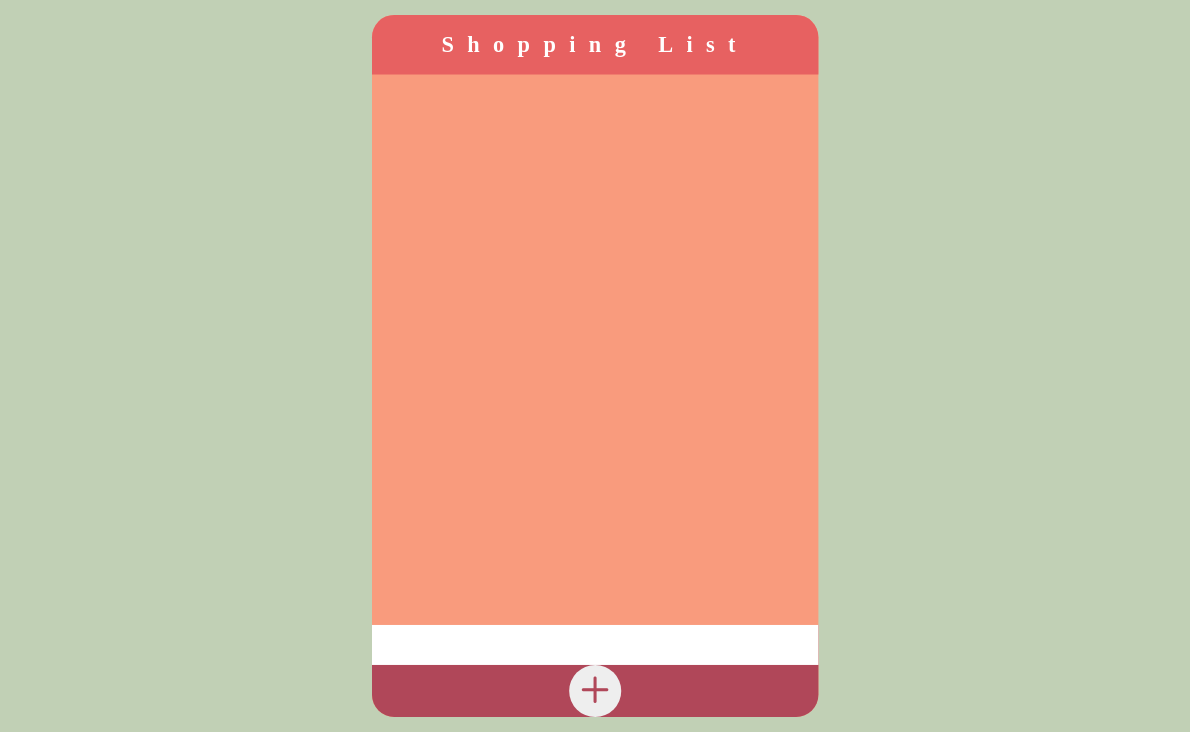
Repository: sephinejo/shopping-list-app
Page: index.html
An editor plug-in stored every save of this project. The page is shown before and after the next save, followed by the edit.
The browser window is 1280 px wide. The pictures show the whole page, at 93% of full size.
Some web fonts or font styles are not loaded; a fallback is used. Some web libraries are served in a nearby version.

Above is the page before, as saved 2023-05-12 17:39:42.

### index.html
<!DOCTYPE html>
<html lang="en">
  <head>
    <meta charset="UTF-8" />
    <meta http-equiv="X-UA-Compatible" content="IE=edge" />
    <meta name="viewport" content="width=device-width, initial-scale=1.0" />
    <title>Shopping List 🛍️🛒</title>
    <link rel="preconnect" href="https://fonts.googleapis.com" />
    <link rel="preconnect" href="https://fonts.gstatic.com" crossorigin />
    <link
      href="https://fonts.googleapis.com/css2?family=Alice&family=Raleway:wght@400;600;700;800&family=Ubuntu&display=swap"
      rel="stylesheet"
    />
    <script
      src="https://kit.fontawesome.com/9ac80604cb.js"
      crossorigin="anonymous"
    ></script>
    <script src="main.js" defer></script>
    <link rel="stylesheet" href="style.css" />
  </head>
  <body>
    <section class="container">
      <header class="header">Shopping List</header>
      <ul class="items"></ul>
      <footer>
        <input class="footer__input" type="text" />
        <button class="footer__add">
          <i class="fa-regular fa-plus"></i>
        </button>
      </footer>
    </section>
  </body>
</html>

### style.css
* {
  box-sizing: border-box;
}

body {
  text-align: center;
  background-color: #c1d0b5;
}

.container {
  margin: 1rem auto;
  width: 30rem;
  background-color: #f99b7d;
  border-radius: 1.5rem;
}

button {
  outline: none;
  background: transparent;
  border: none;
  cursor: pointer;
}

/*
Header
*/
.header {
  height: 4rem;
  padding: 1.2rem;
  font-family: 'Alice';
  font-size: 1.5rem;
  font-weight: 700;
  color: white;
  letter-spacing: 0.9rem;
  background: #e76161;
  border-radius: 1.5rem 1.5rem 0 0;
}

/*
Items
*/
.items {
  height: 35rem;
  overflow-y: auto;
  padding: 0;
}

.item__row {
  display: flex;
  flex-direction: column;
  padding: 0.5rem 2rem;
  font-size: 1.3rem;
  font-family: 'Raleway';
  font-weight: 500;
}

.item {
  display: flex;
  justify-content: space-between;
}

.item__checkbox {
  width: 1.3rem;
  height: 1.3rem;
}

.item__divider {
  width: 98%;
  height: 1px;
  background-color: #eeeeee;
  margin: 0.5rem 0 auto;
}

.item__delete {
  transition: all 300ms ease-in;
  font-size: 1.4rem;
  color: #fff;
}

.item__delete:hover {
  color: red;
  transform: scale(1.1);
}

/*
Footer
*/
footer {
  background: #b04759;
  display: flex;
  flex-direction: column;
  border-radius: 0 0 1.5rem 1.5rem;
}

.footer__input {
  height: 2.7rem;
  border: none;
  outline: none;
  font-family: 'Ubuntu';
  font-size: 1.4rem;
  padding: 0 0.7rem;
}

.footer__add {
  height: 3.5rem;
  width: 3.5rem;
  background-color: #eee;
  border-radius: 100%;
  font-size: 2.2rem;
  margin: auto;
  color: #b04759;
  transition: transform 300ms ease-in;
}

.footer__add:hover {
  transform: scale(1.1);
}

### main.js
const items = document.querySelector('.items');
const input = document.querySelector('.footer__input');
const addBtn = document.querySelector('.footer__add');

function onAdd() {
  const text = input.value;
  if (text === '') {
    input.focus();
    return;
  }

  const item = createItem(text);
  items.appendChild(item);
  input.value = '';
  input.focus();
}

function createItem(text) {
  const itemRow = document.createElement('li');
  itemRow.setAttribute('class', 'item__row');

  const item = document.createElement('div');
  item.setAttribute('class', 'item');

  const title = document.createElement('div');
  title.setAttribute('class', 'item__name');

  const checkbox = document.createElement('input');
  checkbox.setAttribute('class', 'item__checkbox');
  checkbox.setAttribute('name', 'item__checkbox');
  checkbox.setAttribute('type', 'checkbox');

  const name = document.createElement('label');
  name.setAttribute('for', 'item__checkbox');
  name.innerText = text;

  const deleteBtn = document.createElement('button');
  deleteBtn.setAttribute('class', 'item__delete');
  deleteBtn.innerHTML = '<i class="fa-regular fa-trash-can"></i>';
  deleteBtn.addEventListener('click', () => {
    items.removeChild(itemRow);
  });

  const itemDivider = document.createElement('div');
  itemDivider.setAttribute('class', 'item__divider');

  title.appendChild(checkbox);
  title.appendChild(name);

  item.appendChild(title);
  item.appendChild(deleteBtn);

  itemRow.appendChild(item);
  itemRow.appendChild(itemDivider);
  return itemRow;
}

addBtn.addEventListener('click', () => {
  onAdd();
});

input.addEventListener('keypress', () => {
  console.log('key');
});

After the next save:
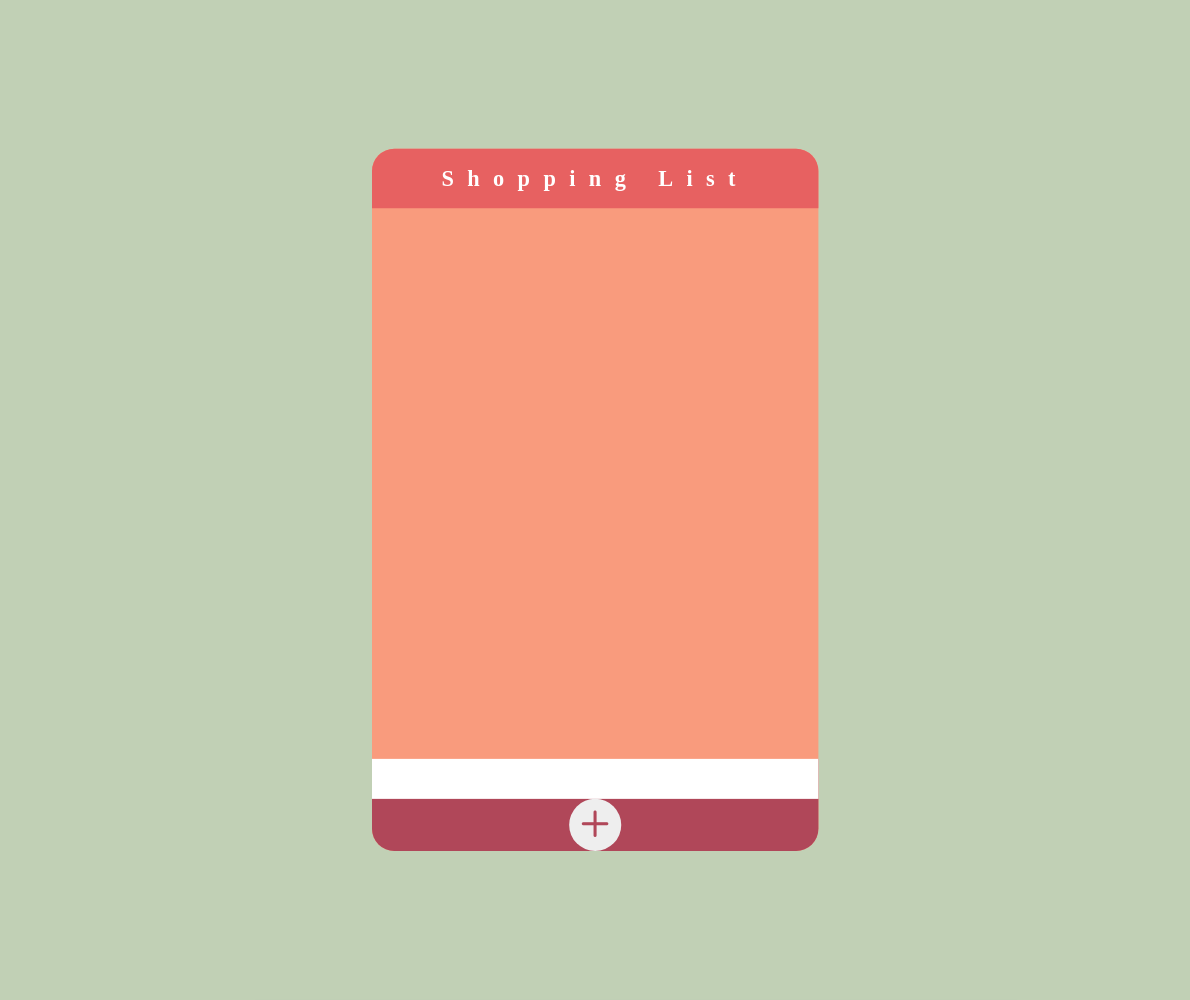
Saved 7 s later.
--- a/style.css
+++ b/style.css
@@ -8,7 +8,7 @@ body {
 }
 
 .container {
-  margin: 1rem auto;
+  margin: 10rem auto;
   width: 30rem;
   background-color: #f99b7d;
   border-radius: 1.5rem;
